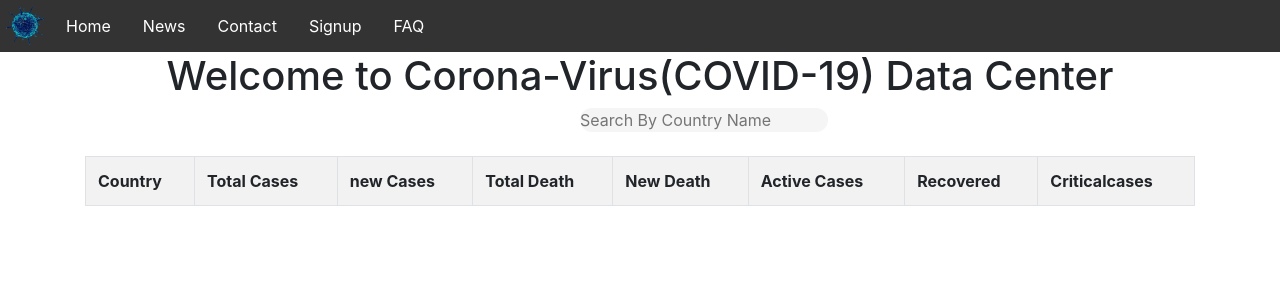
Repository: xthashankar/COVID-19-data-
Page: index.html
The author's editor kept a copy of each file at every save. The page is drawn from the files as they stood at one save, then again after the next save.
The browser window is 1280 px wide. The pictures show the whole page.
The page's requests for data from a server got no answer.

Above is the page before, as saved 2020-04-15 19:21:37.

After the next save:
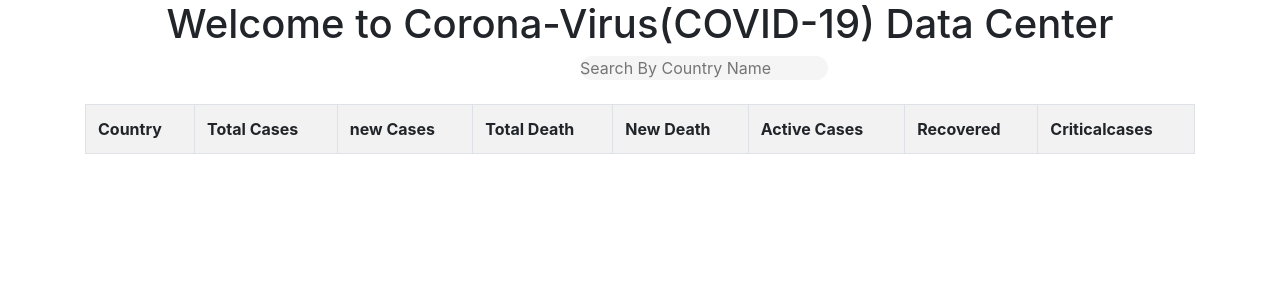
Saved 73 s later.
--- a/index.html
+++ b/index.html
@@ -11,38 +11,7 @@
     <title>Document</title>
 </head>
 <body>
-<!--
-        <ul class="nav">
-            <img src="image/coronavirus.png">
-             <H6>COVID-19</H6>
-            <li><a  href="#">Home</a></li>
-            <li><a href="#">News</a></li>
-            <li><a href="#">Contact</a></li>
-            <li><a href="#">Signup</a></li>
-            <div class="dropdown">
-                <button class="dropbtn">FAQ
-                </button>
-                <div class="dropdown-content">
-                  <a href="qa.html">English</a>
-                  <a href="nqa.html">Nepali</a>
-                </div>
 
-        </ul> -->
-        <div>
-            <ul  class="nav">
-                <img src="image/coronavirus.png">
-                <li><a href="#">Home</a></li>
-                <li><a href="#">News</a></li>
-                <li><a href="#">Contact</a></li>
-                <li><a href="#">Signup</a></li>
-                <div class="dropdown">
-                    <button class="dropbtn">FAQ
-                    </button>
-                    <div class="dropdown-content">
-                      <a href="qa.html">English</a>
-                      <a href="nqa.html">Nepali</a>
-                    </div>
-            </ul></div>
 
     <h1>Welcome to Corona-Virus(COVID-19) Data Center</h1>
     <input type="text" name="filter" id="search" placeholder="Search By Country Name" onkeyup="search()">
